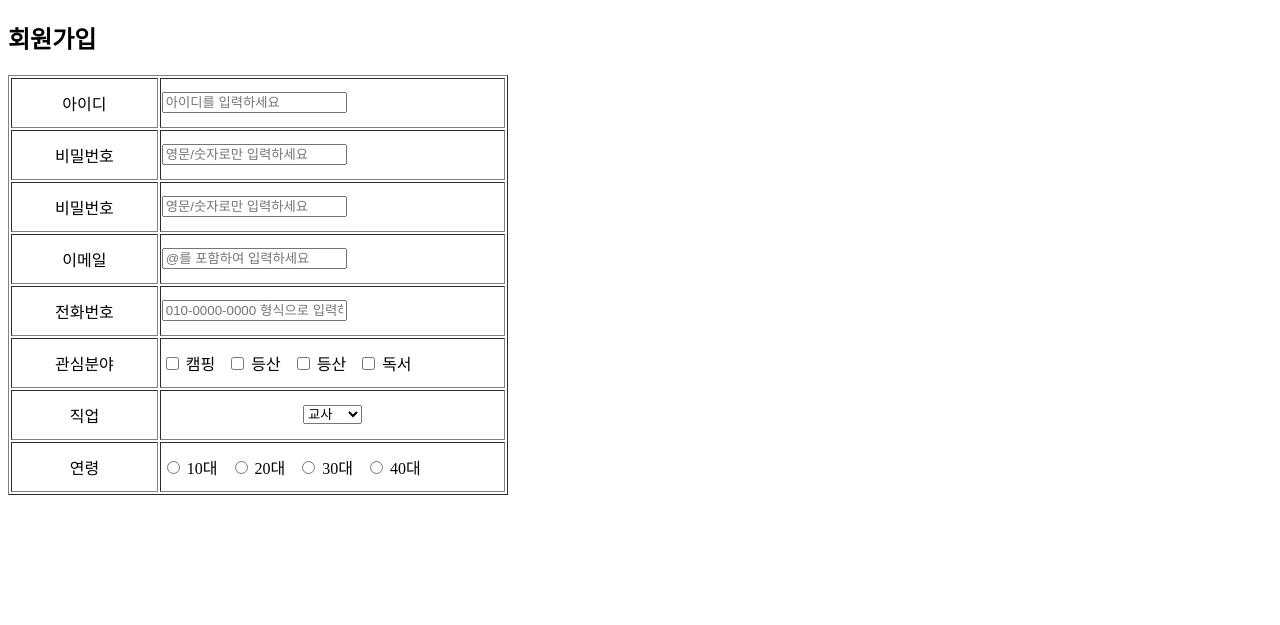
Repository: kkw3202/Jsp2026
Page: http://localhost/chapter01/Request/RequsetJoin.jsp
The author's editor kept a copy of each file at every save. The page is drawn from the files as they stood at one save, then again after the next save.
The browser window is 1280 px wide. The pictures show the whole page.
The page is served by Tomcat 9.

Above is the page before, as saved 2026-10-19 06:47:47.

After the next save:
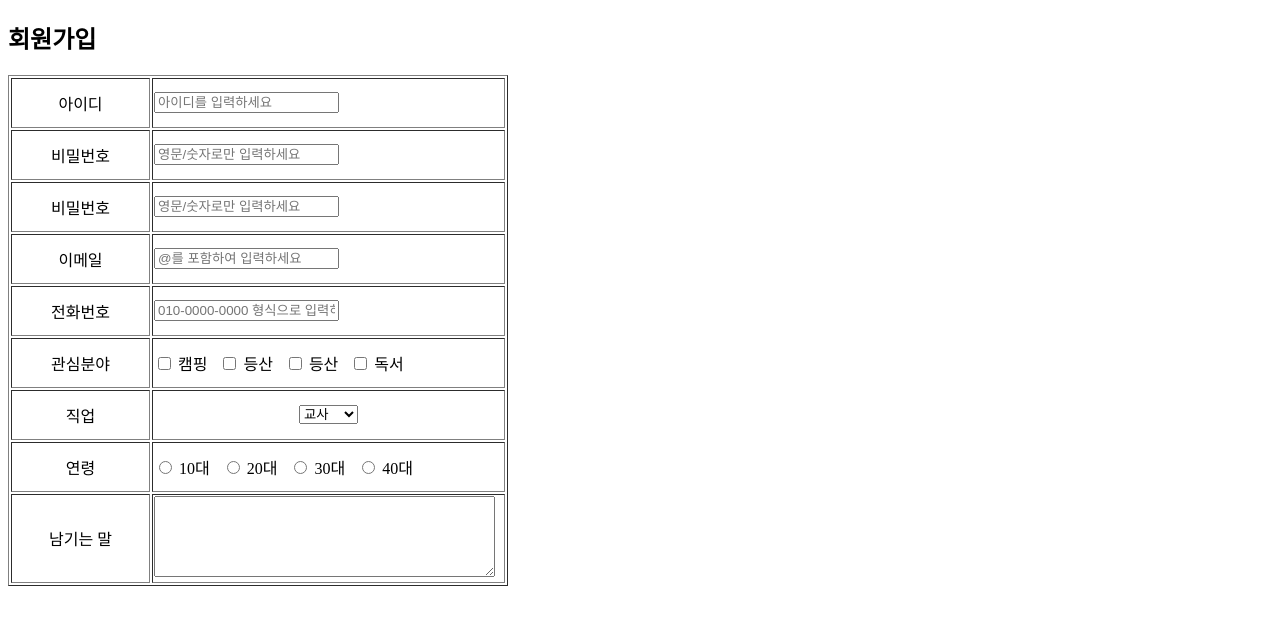
Saved 110 s later.
--- a/chapter01/src/main/webapp/Request/RequsetJoin.jsp
+++ b/chapter01/src/main/webapp/Request/RequsetJoin.jsp
@@ -78,6 +78,12 @@
 						<label for="forty">40대</label>&nbsp;&nbsp;
 					</td>
 				</tr>
+				<tr height="50">
+					<td align="center" width="150">남기는 말</td>
+					<td width="350">
+						<textarea rows="5" cols="40" name="info"></textarea>
+					</td>
+				</tr>
 			</table>
 		</form>
 
